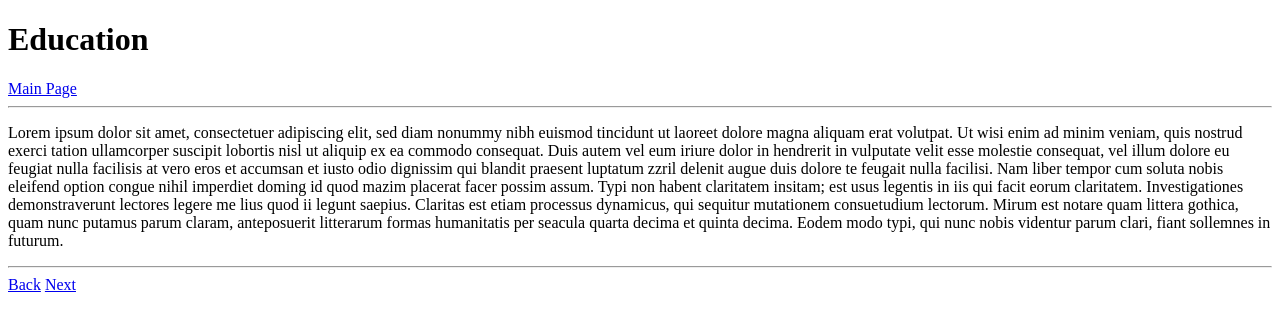
Repository: cjj343/html_resume
Page: skills.html
The author's editor kept a record of every edit. The page is drawn from the files as they stood at one moment, then again after the next edit.
The browser window is 1280 px wide. The pictures show the whole page.

Above is the page before.

### skills.html
<!DOCTYPE html>
<html>
    <html lang="en">
<head>
    <meta charset="UTF-8">
    <title>Skills</title>
</head>
<body>
    <div>
        <h1>Education</h1>
        <a href="index.html">Main Page</a>
        <hr>
    </div>
    <p>Lorem ipsum dolor sit amet, consectetuer adipiscing elit,
    sed diam nonummy nibh euismod tincidunt ut laoreet dolore
    magna aliquam erat volutpat. Ut wisi enim ad minim veniam,
    quis nostrud exerci tation ullamcorper suscipit lobortis nisl
    ut aliquip ex ea commodo consequat. Duis autem vel eum iriure
    dolor in hendrerit in vulputate velit esse molestie consequat,
    vel illum dolore eu feugiat nulla facilisis at vero eros et
    accumsan et iusto odio dignissim qui blandit praesent luptatum
    zzril delenit augue duis dolore te feugait nulla facilisi.
    Nam liber tempor cum soluta nobis eleifend option congue
    nihil imperdiet doming id quod mazim placerat facer possim
    assum. Typi non habent claritatem insitam; est usus legentis
    in iis qui facit eorum claritatem. Investigationes
    demonstraverunt lectores legere me lius quod ii legunt saepius.
    Claritas est etiam processus dynamicus, qui sequitur mutationem
    consuetudium lectorum. Mirum est notare quam littera gothica,
    quam nunc putamus parum claram, anteposuerit litterarum formas
    humanitatis per seacula quarta decima et quinta decima. Eodem
    modo typi, qui nunc nobis videntur parum clari, fiant sollemnes
    in futurum.</p>
    <div>

    </div>

    <div>
        <hr>
        <a href="skills.html">Back</a>
        <a href="employment.html">Next</a>
    </div>
</body>
</html>

After the next edit:
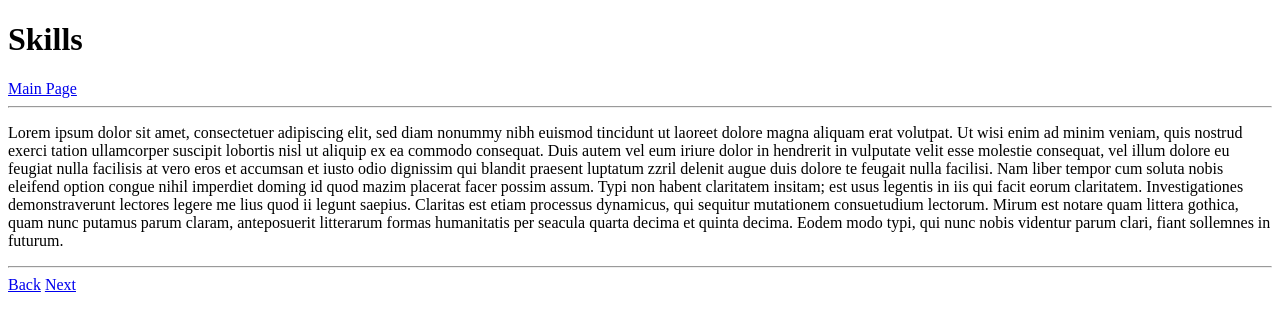
The edit:
--- a/skills.html
+++ b/skills.html
@@ -7,7 +7,7 @@
 </head>
 <body>
     <div>
-        <h1>Education</h1>
+        <h1>Skills</h1>
         <a href="index.html">Main Page</a>
         <hr>
     </div>
